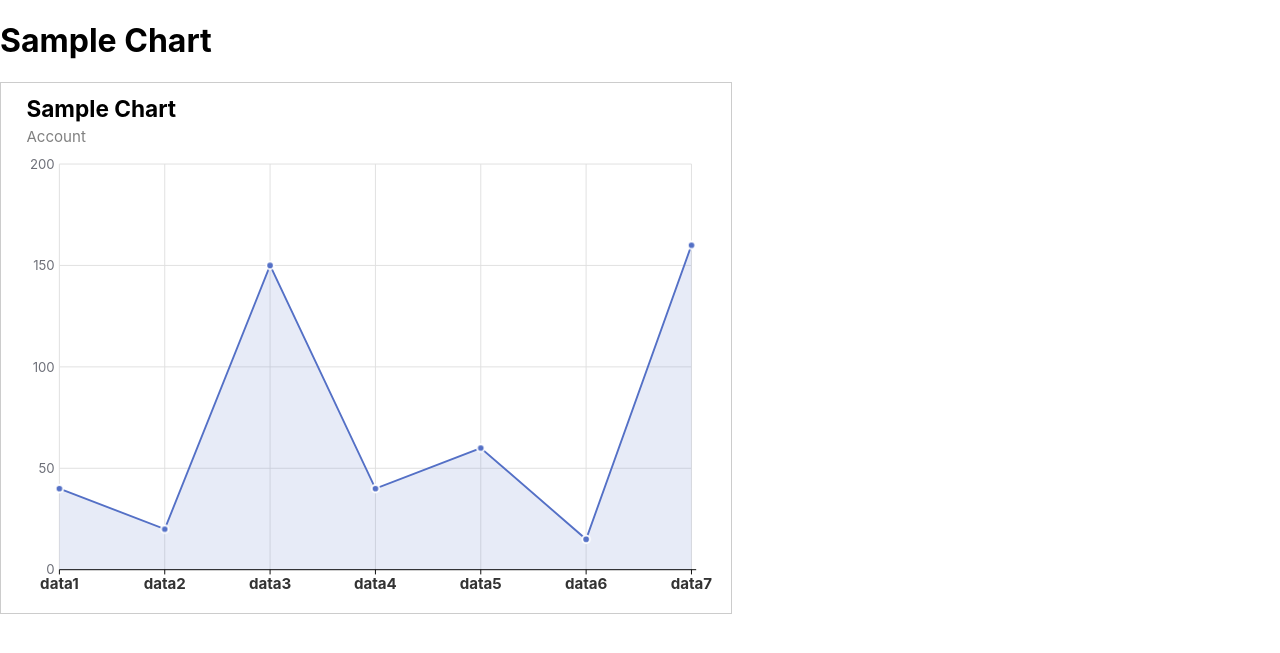
Repository: CaptainJang316/GChart
Page: /
An editor plug-in stored every save of this project. The page is shown before and after the next save, followed by the edit.
The browser window is 1280 px wide. The pictures show the whole page.
The project was rebuilt for these pictures with package versions that can differ from the ones it lists, and the page was loaded fresh each time. Also part of the build but not shown: src/App.css.

Above is the page before, as saved 2024-11-20 19:50:59.

After the next save:
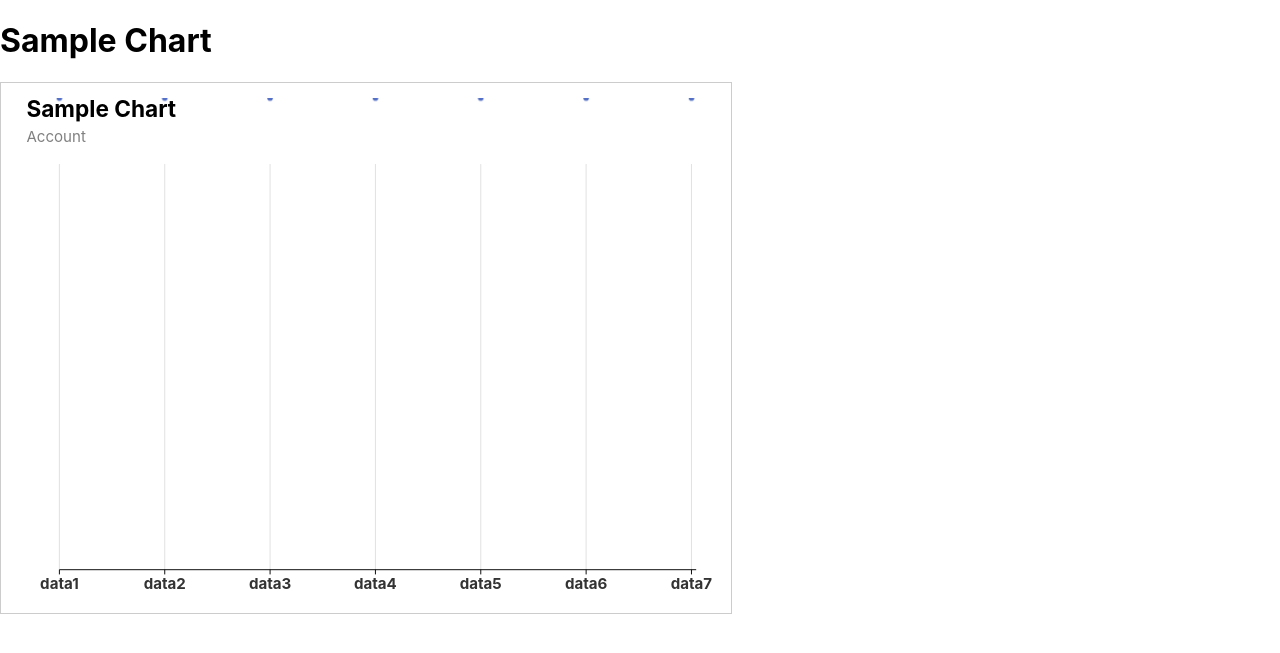
Saved 7 s later.
--- a/src/components/Chart/LineChart.tsx
+++ b/src/components/Chart/LineChart.tsx
@@ -142,7 +142,7 @@
     },
     tooltip = true,
 }) => {
-    const values = data.map(item => item.value);
+    const values = data.map(item => item);
     const yAxisDefaults = {
         fontSize: 14,
         color: '#6E7079'

After the save that followed:
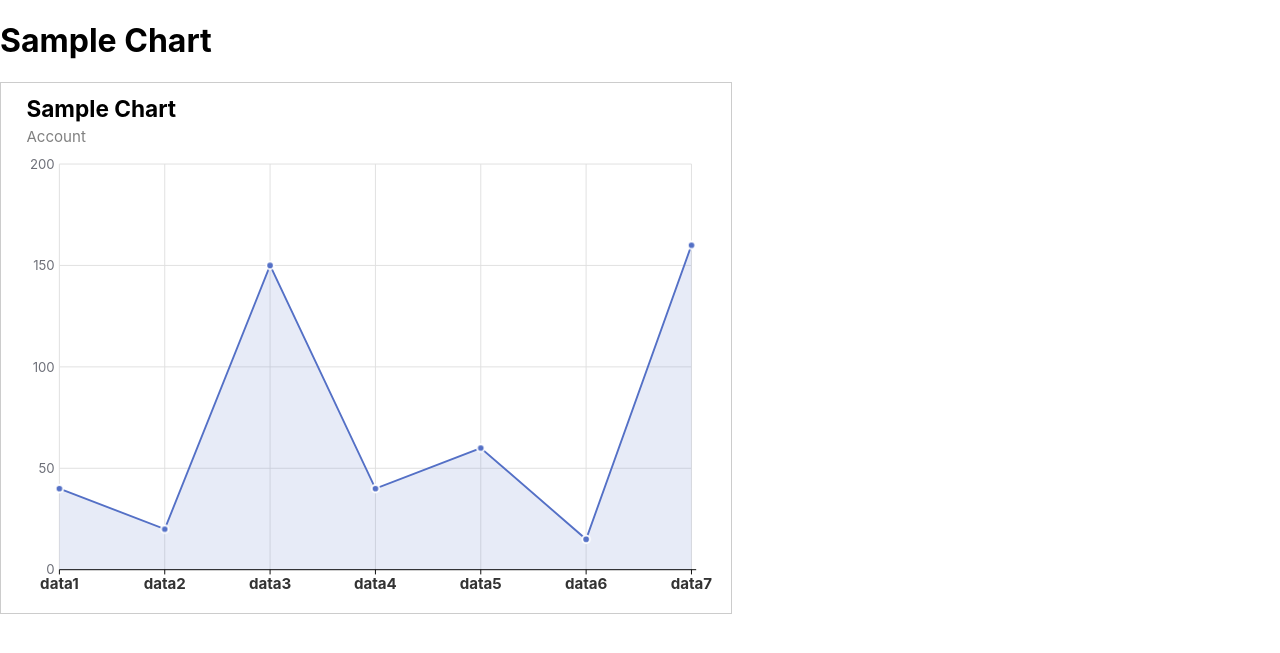
Saved 4 s later.
--- a/src/components/Chart/LineChart.tsx
+++ b/src/components/Chart/LineChart.tsx
@@ -142,7 +142,7 @@
     },
     tooltip = true,
 }) => {
-    const values = data.map(item => item);
+    const values = data.map(item => item.value);
     const yAxisDefaults = {
         fontSize: 14,
         color: '#6E7079'
